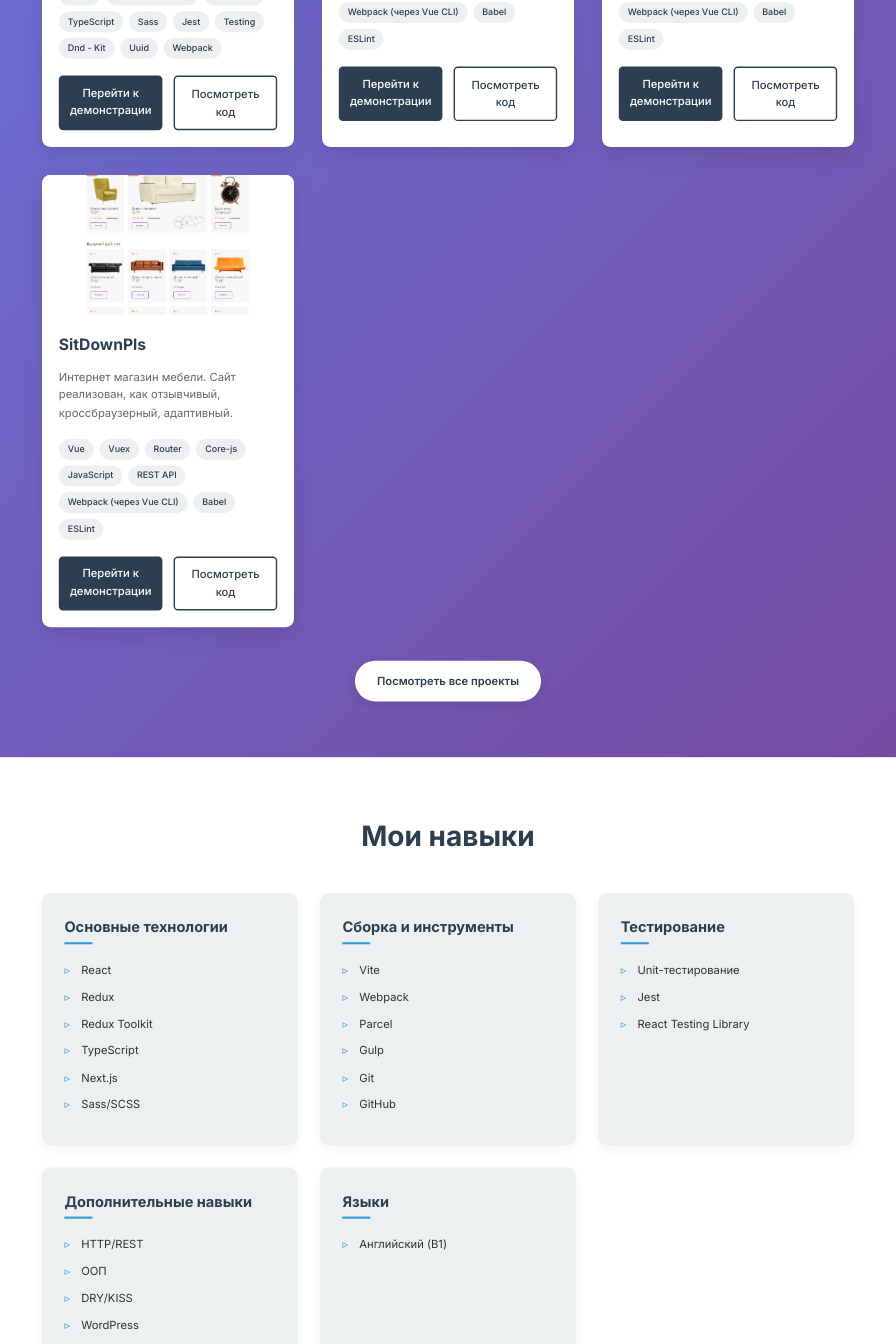
Repository: RostislavZeberg/resume-app
Page: /
An editor plug-in stored every save of this project. The page is shown before and after the next save, followed by the edit.
The browser window is 1280 px wide. The pictures show the part of the page from y = 1390 to 3310 px (the page is 5028 px tall before and 4990 px after), at 70% of full size.
The project was rebuilt for these pictures with package versions that can differ from the ones it lists, and the page was loaded fresh each time. The framework's server and built-in components were replaced by stand-ins that run in the browser. Also part of the build but not shown: next.config.ts.

Above is the page before, as saved 2025-09-18 19:18:50.

### pages/_app.tsx
import type { AppProps } from 'next/app';
import '../styles/globals.scss';
import Head from 'next/head';

function MyApp({ Component, pageProps }: AppProps) {
  return (
    <>
      <Head>
        <meta name="viewport" content="width=device-width, initial-scale=1" />
        <meta name="theme-color" content="#2c3e50" />
        <meta name="description" content="Резюме фронтенд-разработчика React с 5+ годами опыта. Специализация: React, TypeScript, Next.js, Redux Toolkit." />
        <meta name="keywords" content="React, TypeScript, Next.js, фронтенд-разработчик, резюме" />
        <meta property="og:title" content="Фронтенд-разработчик React" />
        <meta property="og:description" content="Резюме фронтенд-разработчика React с 5+ годами опыта" />
        <meta property="og:type" content="website" />
        <link rel="icon" href="/favicon.ico" />
      </Head>
      <Component {...pageProps} />
    </>
  );
}

export default MyApp;

### pages/_document.tsx
import { Html, Head, Main, NextScript } from 'next/document';

export default function Document() {
  return (
    <Html lang="ru">
      <Head>
        <link rel="preconnect" href="https://fonts.googleapis.com" />
        <link rel="preconnect" href="https://fonts.gstatic.com" crossOrigin="anonymous" />
        <link href="https://fonts.googleapis.com/css2?family=Inter:wght@300;400;500;600;700&display=swap" rel="stylesheet" />

        {/* Фавикон */}
        <link rel="icon" href="/favicon.ico" sizes="any" />
        <link rel="icon" href="/favicon.svg" type="image/svg+xml" />
        <link rel="apple-touch-icon" href="/apple-touch-icon.png" />
        <link rel="manifest" href="/manifest.webmanifest" />

        {/* Мета-теги */}
        <meta name="theme-color" content="#2c3e50" />
        <meta name="description" content="Резюме фронтенд-разработчика React с 5+ годами опыта. Специализация: React, TypeScript, Next.js, Redux Toolkit." />
        <meta name="keywords" content="React, TypeScript, Next.js, фронтенд-разработчик, резюме" />
      </Head>
      <body>
        <Main />
        <NextScript />
      </body>
    </Html>
  );
}

### pages/index.tsx
import Head from 'next/head';
import { NextPage } from 'next';
import Contacts from '../components/Sections/Contacts';
import Skills from '../components/Sections/Skills';
import About from '../components/Sections/About';
import Projects from '../components/Sections/Projects';
import Header from '../components/Layout/Header';

const Home: NextPage = () => {
  return (
    <>
      <Head>
        <title>Фронтенд-разработчик React | Резюме</title>
        <meta name="description" content="Резюме фронтенд-разработчика React с 5+ годами опыта. Специализация: React, TypeScript, Next.js, Redux Toolkit." />
        <meta name="keywords" content="React, TypeScript, Next.js, фронтенд-разработчик, резюме" />
        <meta property="og:title" content="Фронтенд-разработчик React" />
        <meta property="og:description" content="Резюме фронтенд-разработчика React с 5+ годами опыта" />
        <meta property="og:type" content="website" />
        <link rel="icon" href="/favicon.ico" />
      </Head>

      <Header />
      <main>
        <Projects />
        <Skills />
        <About />
        <Contacts />
      </main>
    </>
  );
};

export default Home;

### styles/globals.scss
// Переменные и миксины
@import './variables.scss';
@import './mixins';

// Глобальные стили
* {
  box-sizing: border-box;
  margin: 0;
  padding: 0;
}

html {
  scroll-behavior: smooth;
  scroll-padding-top: 60px;
}

body {
  font-family: 'Inter', 'Arial', sans-serif;
  line-height: 1.6;
  color: $text-color;
  background-color: $background-color;
  padding-top: 60px;
}

.container {
  max-width: 1200px;
  margin: 0 auto;
  padding: 0 20px;
}

section {
  padding: 80px 0;

  h2 {
    text-align: center;
    margin-bottom: 50px;
    font-size: 2.5rem;
    color: $primary-color;
  }
}

// Анимации
@keyframes fadeIn {
  from {
    opacity: 0;
    transform: translateY(20px);
  }
  to {
    opacity: 1;
    transform: translateY(0);
  }
}

.fade-in {
  animation: fadeIn 0.6s ease forwards;
}

// Адаптивность
@include desktop {
  .container {
    max-width: 1200px;
  }
}

@include tablet {
  .container {
    max-width: 100%;
    padding: 0 15px;
  }

  section {
    padding: 60px 0;

    h2 {
      font-size: 2rem;
      margin-bottom: 40px;
    }
  }
}

@include mobile {
  .container {
    padding: 0 10px;
  }

  section {
    padding: 40px 0;

    h2 {
      font-size: 1.8rem;
      margin-bottom: 30px;
    }
  }
}

### components/Sections/Contacts.tsx
import React from 'react';
import Icon from '../UI/Icon';
import styles from '../../styles/sections/contacts.module.scss';
import { contacts } from '@/info/contacts';

const Contacts: React.FC = () => {

  return (
    <section id="contacts" className={styles.contacts}>
      <div className="container">
        <h2>Контакты</h2>
        <div className={styles.contactsGrid}>
          {contacts.map((contact, index) => (
            <a
              key={index}
              href={contact.href}
              className={styles.contactItem}
              target="_blank"
              rel="noopener noreferrer"
            >
              <Icon name={contact.icon} className={styles.contactIcon} />
              <span>{contact.text}</span>
            </a>
          ))}
        </div>
      </div>
    </section>
  );
};

export default Contacts;

### components/Sections/Skills.tsx
import React from 'react';
import styles from '../../styles/sections/skills.module.scss';

const Skills: React.FC = () => {
  const skillCategories = [
    {
      title: 'Основные технологии',
      skills: ['React', 'Redux', 'Redux Toolkit', 'TypeScript', 'Next.js', 'Sass/SCSS']
    },
    {
      title: 'Сборка и инструменты',
      skills: ['Vite', 'Webpack', 'Parcel', 'Gulp', 'Git', 'GitHub']
    },
    {
      title: 'Тестирование',
      skills: ['Unit-тестирование', 'Jest', 'React Testing Library']
    },
    {
      title: 'Дополнительные навыки',
      skills: ['HTTP/REST', 'ООП', 'DRY/KISS', 'WordPress', 'Vue.js', 'SQL', 'Python', 'Docker', 'Linux']
    },
    {
      title: 'Языки',
      skills: ['Английский (B1)']
    }
  ];

  return (
    <section id="skills" className={styles.skills}>
      <div className="container">
        <h2>Мои навыки</h2>
        <div className={styles.skillsGrid}>
          {skillCategories.map((category, index) => (
            <div key={index} className={styles.skillCategory}>
              <h3>{category.title}</h3>
              <ul>
                {category.skills.map((skill, i) => (
                  <li key={i}>{skill}</li>
                ))}
              </ul>
            </div>
          ))}
        </div>
      </div>
    </section>
  );
};

export default Skills;

### components/Sections/Projects.tsx
import React from 'react';
import ProjectCard from '../UI/ProjectCard';
import styles from '../../styles/sections/projects.module.scss';
import { projects } from '@/info/projects';

const Projects: React.FC = () => {
  return (
    <section id="projects" className={styles.projects}>
      <div className="container">
        <h2>Мои проекты</h2>
        <div className={styles.projectsGrid}>
          {projects.map((project, index) => (
            <ProjectCard key={index} project={project} />
          ))}
        </div>
        <div className={styles.viewAll}>
          <a
            href="https://github.com/RostislavZeberg?tab=repositories"
            className={styles.viewAllButton}
            target="_blank"
            rel="noopener noreferrer"
          >
            Посмотреть все проекты
          </a>
        </div>
      </div>
    </section>
  );
};

export default Projects;

### components/Layout/Header.tsx
import React, { useState } from 'react';
import Link from 'next/link';
import styles from '../../styles/layout/header.module.scss';

const Header: React.FC = () => {
  const [isMenuOpen, setIsMenuOpen] = useState(false);

  const toggleMenu = () => {
    setIsMenuOpen(!isMenuOpen);
  };

  return (
    <header className={styles.header}>
      <div className="container">
        <nav className={styles.nav}>
          <div className={styles.logo}>
            <Link href="/">Фронтенд-разработчик React + Next</Link>
          </div>

          <button
            className={`${styles.menuToggle} ${isMenuOpen ? styles.active : ''}`}
            onClick={toggleMenu}
            aria-label="Меню"
          >
            <span></span>
            <span></span>
            <span></span>
          </button>

          <ul className={`${styles.navList} ${isMenuOpen ? styles.active : ''}`}>
            <li><a href="#contacts" onClick={() => setIsMenuOpen(false)}>Контакты</a></li>
            <li><a href="#skills" onClick={() => setIsMenuOpen(false)}>Навыки</a></li>
            <li><a href="#about" onClick={() => setIsMenuOpen(false)}>Обо мне</a></li>
            <li><a href="#projects" onClick={() => setIsMenuOpen(false)}>Проекты</a></li>
          </ul>
        </nav>
      </div>
    </header>
  );
};

export default Header;

### styles/variables.scss
// Цвета
$primary-color: #2c3e50;
$secondary-color: #3498db;
$accent-color: #e74c3c;
$background-color: #f9f9f9;
$text-color: #333;
$light-gray: #ecf0f1;

// Breakpoints
$desktop: 1280px;
$tablet: 1024px;
$small-tablet: 768px;
$mobile: 320px;

### styles/mixins.scss
@mixin desktop {
  @media (min-width: #{$desktop}) {
    @content;
  }
}

@mixin tablet {
  @media (min-width: #{$small-tablet}) and (max-width: #{$tablet}) {
    @content;
  }
}

@mixin small-tablet {
  @media (min-width: #{$mobile}) and (max-width: #{$small-tablet - 1px}) {
    @content;
  }
}

@mixin mobile {
  @media (max-width: #{$mobile}) {
    @content;
  }
}

@mixin flex-center {
  display: flex;
  justify-content: center;
  align-items: center;
}

@mixin card-shadow {
  box-shadow: 0 4px 6px rgba(0, 0, 0, 0.1);
  transition: box-shadow 0.3s ease;

  &:hover {
    box-shadow: 0 10px 20px rgba(0, 0, 0, 0.15);
  }
}

### components/UI/Icon.tsx
import React from 'react';
import Image from 'next/image';

interface IconProps {
  name: string;
  className?: string;
  width?: number;
  height?: number;
}

const Icon: React.FC<IconProps> = ({ name, className = '', width = 24, height = 24 }) => {
  return (
    <Image
      src={`/icons/${name}.svg`}
      alt={`${name} icon`}
      width={width}
      height={height}
      className={className}
    />
  );
};

export default Icon;

### styles/sections/contacts.module.scss
@import '../variables';
@import '../mixins';

.contacts {
  background: linear-gradient(135deg, #f5f7fa 0%, #c3cfe2 100%);
  padding: 100px 0;
}

.contactsGrid {
  display: grid;
  grid-template-columns: repeat(auto-fit, minmax(250px, 1fr));
  gap: 2rem;
  margin-top: 3rem;
}

.contactItem {
  display: flex;
  flex-direction: column;
  align-items: center;
  justify-content: center;
  background: white;
  padding: 2rem;
  border-radius: 12px;
  box-shadow: 0 10px 30px rgba(0, 0, 0, 0.1);
  transition: all 0.3s ease;
  text-decoration: none;
  color: $text-color;

  &:hover {
    transform: translateY(-5px);
    box-shadow: 0 15px 40px rgba(0, 0, 0, 0.15);

    .contactIcon {
      transform: scale(1.1);
    }
  }
}

.contactIcon {
  width: 60px;
  height: 60px;
  margin-bottom: 1rem;
  transition: transform 0.3s ease;
}

// Адаптивность
@include tablet {
  .contactsGrid {
    grid-template-columns: repeat(2, 1fr);
    gap: 1.5rem;
  }
}

@include small-tablet {
  .contactsGrid {
    grid-template-columns: 1fr;
    gap: 1rem;
  }

  .contactItem {
    padding: 1.5rem;
  }
}

@include mobile {
  .contacts {
    padding: 80px 0;
  }

  .contactIcon {
    width: 50px;
    height: 50px;
  }
}

### info/contacts.ts
export const contacts = [
  { icon: 'email', text: 'zeberg@bk.ru', href: 'mailto:zeberg@bk.ru' },
  { icon: 'phone', text: '+7(960)-552-4171', href: 'tel:+79605524171' },
  { icon: 'telegram', text: '@zeberg_jaguar', href: 'https://t.me/zeberg_jaguar' },
  { icon: 'github', text: 'GitHub', href: 'https://github.com/RostislavZeberg?tab=repositories' }
];

### styles/sections/skills.module.scss
@import '../variables';
@import '../mixins';

.skills {
  background-color: white;
}

.skillsGrid {
  display: grid;
  grid-template-columns: repeat(auto-fit, minmax(300px, 1fr));
  gap: 2rem;
}

.skillCategory {
  background: $light-gray;
  padding: 2rem;
  border-radius: 12px;
  box-shadow: 0 5px 15px rgba(0, 0, 0, 0.05);

  h3 {
    color: $primary-color;
    margin-bottom: 1.5rem;
    font-size: 1.3rem;
    position: relative;
    padding-bottom: 0.5rem;

    &::after {
      content: '';
      position: absolute;
      bottom: 0;
      left: 0;
      width: 40px;
      height: 3px;
      background: $secondary-color;
    }
  }

  ul {
    list-style: none;
  }

  li {
    margin-bottom: 0.8rem;
    padding-left: 1.5rem;
    position: relative;

    &::before {
      content: '▹';
      position: absolute;
      left: 0;
      color: $secondary-color;
    }
  }
}

// Адаптивность
@include tablet {
  .skillsGrid {
    grid-template-columns: repeat(2, 1fr);
    gap: 1.5rem;
  }
}

@include small-tablet {
  .skillsGrid {
    grid-template-columns: 1fr;
    gap: 1rem;
  }

  .skillCategory {
    padding: 1.5rem;
  }
}

@include mobile {
  .skillCategory {
    padding: 1.2rem;

    h3 {
      font-size: 1.2rem;
    }
  }
}

### styles/sections/about.module.scss
@import '../variables';
@import '../mixins';

.about {
  background-color: $light-gray;
}

.aboutContent {
  max-width: 800px;
  margin: 0 auto;

  p {
    margin-bottom: 1.5rem;
    line-height: 1.8;
    text-align: justify;
  }
}

// Адаптивность
@include tablet {
  .aboutContent {
    padding: 0 1rem;
  }
}

@include mobile {
  .aboutContent p {
    text-align: left;
  }
}

### components/UI/ProjectCard.tsx
import React from 'react';
import Image from 'next/image';
import styles from '../../styles/ui/project-card.module.scss';

interface Project {
  name: string;
  description: string;
  demoLink: string;
  codeLink: string;
  technologies: string[];
}

interface ProjectCardProps {
  project: Project;
}

const ProjectCard: React.FC<ProjectCardProps> = ({ project }) => {
  return (
    <div className={styles.projectCard}>
      <div className={styles.projectImage}>
        <a href={project.demoLink} target="_blank" rel="noopener noreferrer">
          <Image
            src={`/images/projects/${project.name.toLowerCase()}.jpg`}
            alt={project.name}
            fill
            style={{ objectFit: 'cover' }}
            sizes="(max-width: 768px) 100vw, (max-width: 1200px) 50vw, 33vw"
          />
        </a>
      </div>
      <div className={styles.projectContent}>
        <h3>{project.name}</h3>
        <p>{project.description}</p>
        <div className={styles.technologies}>
          {project.technologies.map((tech, index) => (
            <span key={index} className={styles.techTag}>{tech}</span>
          ))}
        </div>
        <div className={styles.projectActions}>
          <a
            href={project.demoLink}
            className={styles.demoButton}
            target="_blank"
            rel="noopener noreferrer"
          >
            Перейти к демонстрации
          </a>
          <a
            href={project.codeLink}
            className={styles.codeButton}
            target="_blank"
            rel="noopener noreferrer"
          >
            Посмотреть код
          </a>
        </div>
      </div>
    </div>
  );
};

export default ProjectCard;

### styles/sections/projects.module.scss
@import '../variables';
@import '../mixins';

.projects {
  background: linear-gradient(135deg, #667eea 0%, #764ba2 100%);
  color: white;

  h2 {
    color: white;
  }
}

.projectsGrid {
  display: grid;
  grid-template-columns: repeat(auto-fit, minmax(350px, 1fr));
  gap: 2.5rem;
  margin-bottom: 3rem;
}

.viewAll {
  text-align: center;
  margin-top: 3rem;
}

.viewAllButton {
  display: inline-block;
  padding: 1rem 2rem;
  background: white;
  color: $primary-color;
  text-decoration: none;
  border-radius: 30px;
  font-weight: 600;
  transition: all 0.3s ease;
  box-shadow: 0 5px 15px rgba(0, 0, 0, 0.1);

  &:hover {
    transform: translateY(-3px);
    box-shadow: 0 10px 25px rgba(0, 0, 0, 0.2);
    background: $accent-color;
    color: white;
  }
}

// Адаптивность
@include tablet {
  .projectsGrid {
    grid-template-columns: repeat(2, 1fr);
    gap: 2rem;
  }
}

@include small-tablet {
  .projectsGrid {
    grid-template-columns: 1fr;
    gap: 1.5rem;
  }
}

@include mobile {
  .projectsGrid {
    grid-template-columns: 1fr;
    gap: 1.5rem;
  }

  .viewAllButton {
    padding: 0.8rem 1.5rem;
    font-size: 0.9rem;
  }
}

### info/projects.ts
export const projects = [
  {
    name: 'CinemaGuide',
    description: 'Приложение для поиска кинофильмов создано на&nbsp;React + TypeScript + Vite. Полный функционал.',
    demoLink: 'https://rostislavzeberg.github.io/CinemaGuide',
    codeLink: 'https://github.com/RostislavZeberg/CinemaGuide/tree/dev',
    technologies: ['React', 'TypeScript', 'Vite', 'React Router DOM', 'Axios', 'React Hook Form', 'Zod', 'React Query, ESLint', 'Vite.']
  },
  {
    name: 'ShopOnline',
    description: 'Онлайн-магазин на&nbsp;Next.js. Полный функционал.',
    demoLink: 'https://shop-online-omega.vercel.app/',
    codeLink: 'https://github.com/RostislavZeberg/ShopOnline',
    technologies: ['Next.js', 'React', 'TypeScript', 'Redux Toolkit', 'SCSS', 'Axios', 'GSAP', 'Zod, ESLint', 'Vite.']
  },
  {
    name: 'CatalogProducts',
    description: 'Приложение для управления карточками товаров со&nbsp;стороны администрации магазина создано на&nbsp;React. Полный функционал.',
    demoLink: 'https://rostislavzeberg.github.io/CatalogProducts',
    codeLink: 'https://github.com/RostislavZeberg/CatalogProducts',
    technologies: ['React', 'Redux', 'TypeScript', 'React Router', 'React Hook Form', 'React Query', 'Resolvers', 'Sass', 'Axios', 'Zod',
      'ESLint', 'Vite.']
  },
  {
    name: 'Kanban-Board',
    description: 'Приложение для постановки и&nbsp;контроля задач в&nbsp;Kanban создано на&nbsp;React + drag-and-drop.',
    demoLink: 'https://shop-online-omega.vercel.app/',
    codeLink: 'https://github.com/RostislavZeberg/ShopOnline',
    technologies: ['React', 'React Hook Form', 'Resolvers', 'TypeScript', 'Sass', 'Jest', 'Testing', 'Dnd - Kit', 'Uuid', 'Webpack']
  },
  {
    name: 'Technosaurus',
    description: 'Приложение интернет магазин создано на Vue.',
    demoLink: 'https://rostislavzeberg.github.io/Technosaurus/#/',
    codeLink: 'https://github.com/RostislavZeberg/Technosaurus',
    technologies: ['Vue', 'Vuex', 'Router', 'Core-js', 'JavaScript', 'REST API', 'Webpack (через Vue CLI)', 'Babel', 'ESLint']
  },
  {
    name: 'ShopMoire',
    description: 'Приложение интернет магазин создано на Vue.',
    demoLink: 'https://rostislavzeberg.github.io/ShopMoire/#/',
    codeLink: 'https://github.com/RostislavZeberg/ShopMoire',
    technologies: ['Vue', 'Vuex', 'Router', 'Core-js', 'JavaScript', 'REST API', 'Webpack (через Vue CLI)', 'Babel', 'ESLint']
  },
  {
    name: 'SitDownPls',
    description: 'Интернет магазин мебели. Сайт реализован, как отзывчивый, кроссбраузерный, адаптивный.',
    demoLink: 'https://rostislavzeberg.github.io/store-SitDownPls/',
    codeLink: 'https://github.com/RostislavZeberg/store-SitDownPls',
    technologies: ['Vue', 'Vuex', 'Router', 'Core-js', 'JavaScript', 'REST API', 'Webpack (через Vue CLI)', 'Babel', 'ESLint']
  },
];

### styles/layout/header.module.scss
@import '../variables';
@import '../mixins';

.header {
  background-color: $primary-color;
  color: white;
  position: fixed;
  top: 0;
  left: 0;
  right: 0;
  z-index: 1000;
  box-shadow: 0 2px 10px rgba(0, 0, 0, 0.1);
}

.nav {
  display: flex;
  justify-content: space-between;
  align-items: center;
  padding: 1rem 0;
}

.logo {
  a {
    color: white;
    text-decoration: none;
    font-weight: 600;
    font-size: 1.2rem;

    &:hover {
      color: $accent-color;
    }
  }
}

.navList {
  display: flex;
  list-style: none;
  gap: 2rem;

  a {
    color: white;
    text-decoration: none;
    font-weight: 500;
    transition: color 0.3s ease;

    &:hover {
      color: $accent-color;
    }
  }
}

.menuToggle {
  display: none;
  flex-direction: column;
  justify-content: space-around;
  width: 2rem;
  height: 2rem;
  background: transparent;
  border: none;
  cursor: pointer;
  padding: 0;

  span {
    width: 2rem;
    height: 0.25rem;
    background: white;
    border-radius: 10px;
    transition: all 0.3s linear;
    position: relative;
    transform-origin: 1px;
  }
}

// Адаптивность
@include tablet {
  .navList {
    gap: 1.5rem;
  }
}

@include small-tablet {
  .menuToggle {
    display: flex;
    z-index: 1001;
  }

  .navList {
    position: fixed;
    top: 0;
    right: 0;
    height: 100vh;
    width: 70%;
    background: $primary-color;
    flex-direction: column;
    justify-content: center;
    align-items: center;
    transform: translateX(100%);
    transition: transform 0.3s ease-in-out;

    &.active {
      transform: translateX(0);
    }
  }

  .menuToggle.active {
    span:nth-child(1) {
      transform: rotate(45deg);
    }

    span:nth-child(2) {
      opacity: 0;
    }

    span:nth-child(3) {
      transform: rotate(-45deg);
    }
  }
}

@include mobile {
  .logo a {
    font-size: 1rem;
  }
}

Loaded but not shown: styles/ui/project-card.module.scss (137 lines, source omitted); components/Sections/About.tsx (42 lines, source omitted)

After the next save:
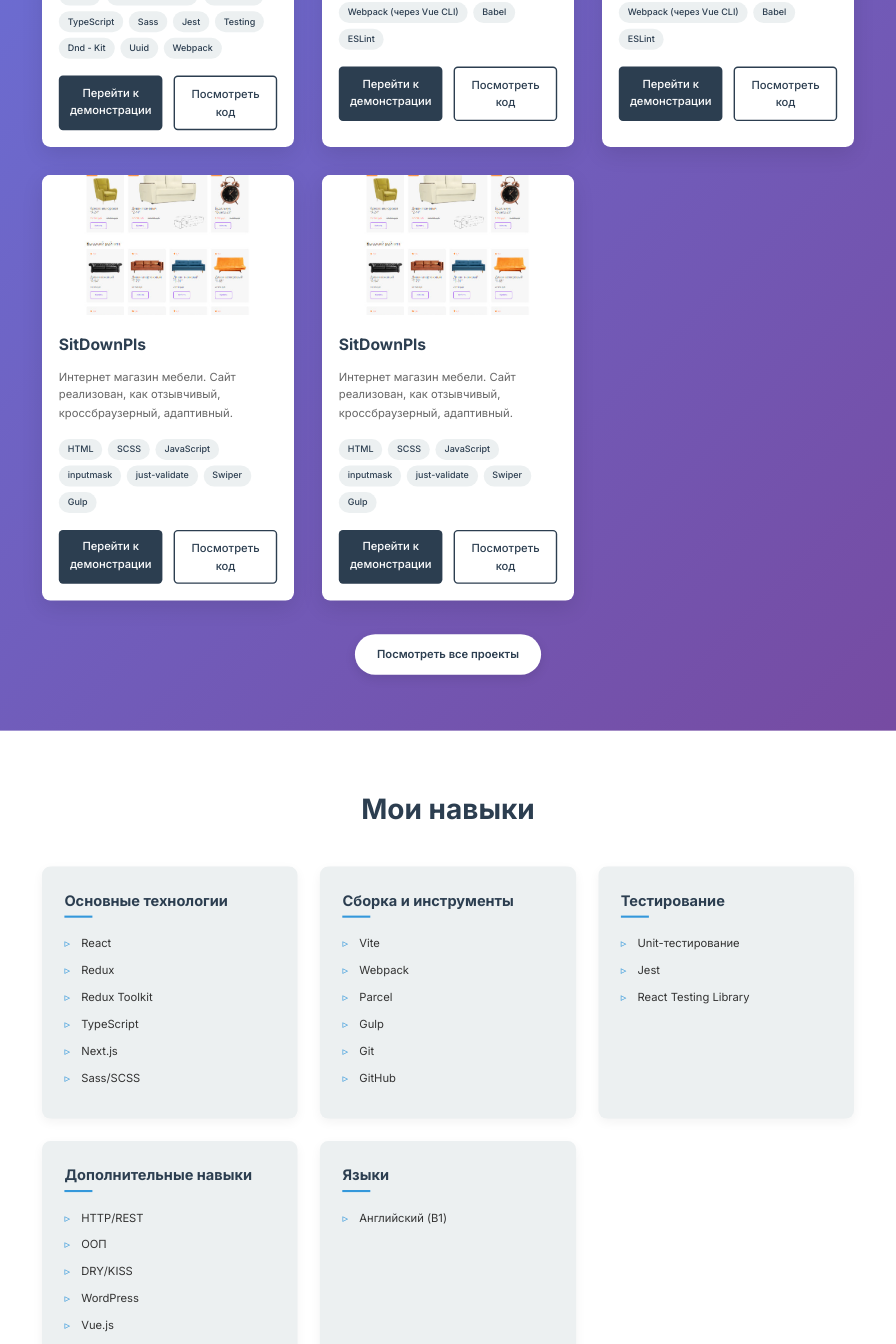
Saved 3 min 51 s later.
--- a/info/projects.ts
+++ b/info/projects.ts
@@ -47,6 +47,13 @@ export const projects = [
     description: 'Интернет магазин мебели. Сайт реализован, как отзывчивый, кроссбраузерный, адаптивный.',
     demoLink: 'https://rostislavzeberg.github.io/store-SitDownPls/',
     codeLink: 'https://github.com/RostislavZeberg/store-SitDownPls',
-    technologies: ['Vue', 'Vuex', 'Router', 'Core-js', 'JavaScript', 'REST API', 'Webpack (через Vue CLI)', 'Babel', 'ESLint']
+    technologies: ['HTML', 'SCSS', 'JavaScript', 'inputmask', 'just-validate', 'Swiper', 'Gulp']
+  },
+  {
+    name: 'SitDownPls',
+    description: 'Интернет магазин мебели. Сайт реализован, как отзывчивый, кроссбраузерный, адаптивный.',
+    demoLink: 'https://rostislavzeberg.github.io/store-SitDownPls/',
+    codeLink: 'https://github.com/RostislavZeberg/store-SitDownPls',
+    technologies: ['HTML', 'SCSS', 'JavaScript', 'inputmask', 'just-validate', 'Swiper', 'Gulp']
   },
 ];
